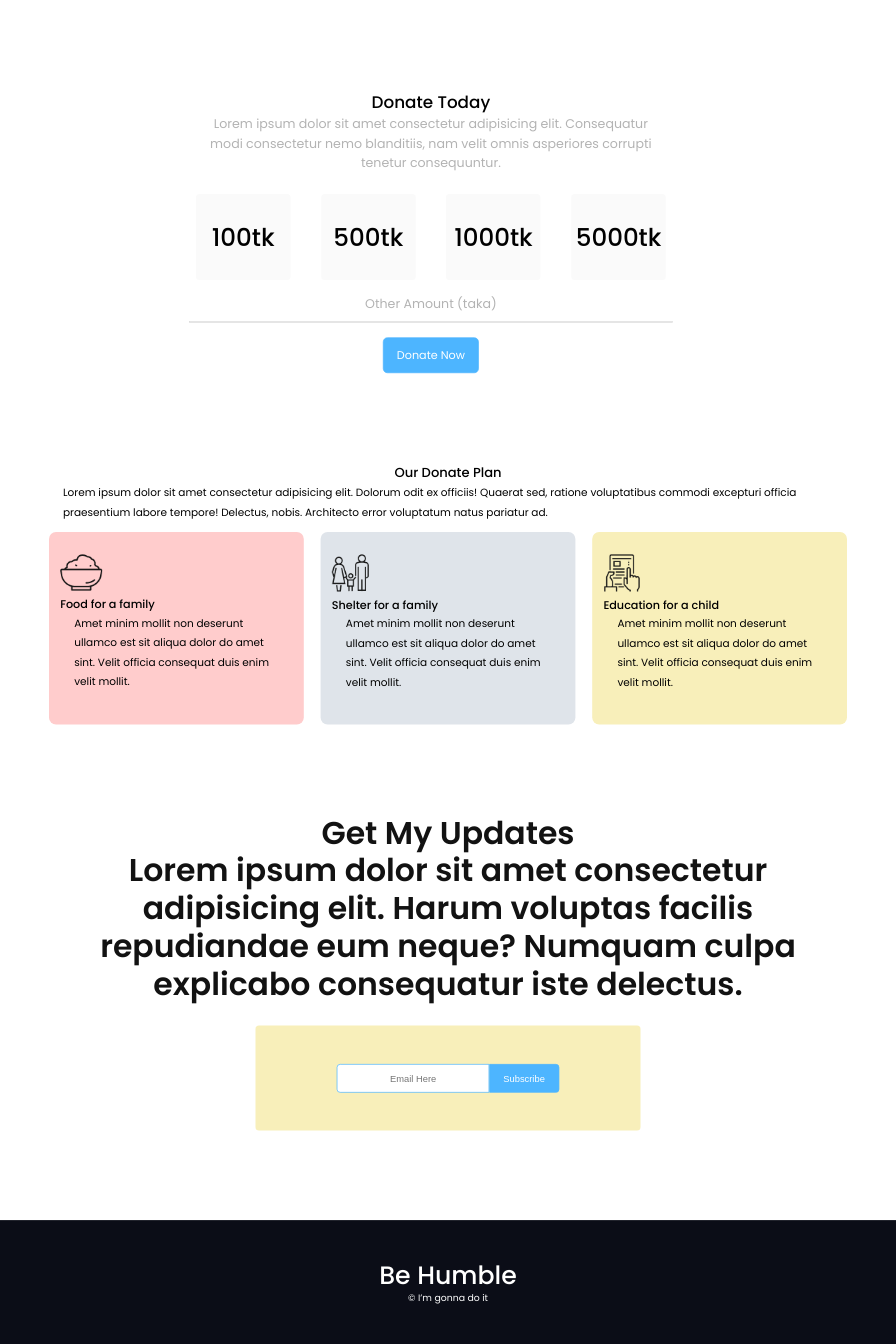
Repository: mdrubel02/donate-website
Page: index.html
These files come from the project's save history. The page is drawn as it stood at one moment and after the next save; the edit follows.
The browser window is 1280 px wide. The pictures show the part of the page from y = 720 to 2640 px (the page is 2640 px tall before and 2499 px after), at 70% of full size.

Above is the page before, as saved 2022-07-06 17:07:05.

After the next save:
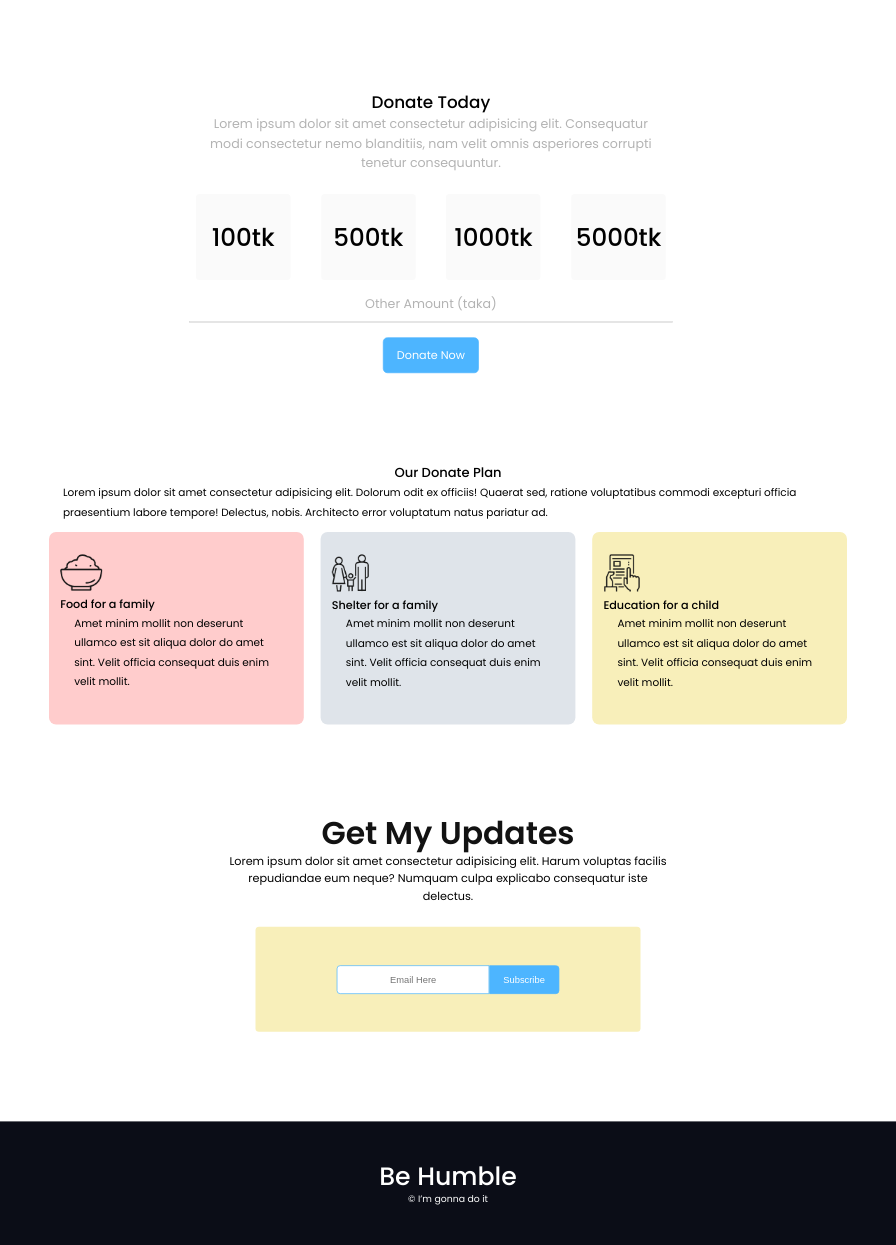
Saved 3 h 19 min later.
--- a/index.html
+++ b/index.html
@@ -78,7 +78,7 @@
 
     <!-- Update Section -->
     <section class="container">
-        <div class="title">
+        <div class="section-title">
             <h1 class="title">Get My Updates</h1>
             <p>Lorem ipsum dolor sit amet consectetur adipisicing elit. Harum voluptas facilis repudiandae eum neque?
                 Numquam culpa explicabo consequatur iste delectus.</p>
